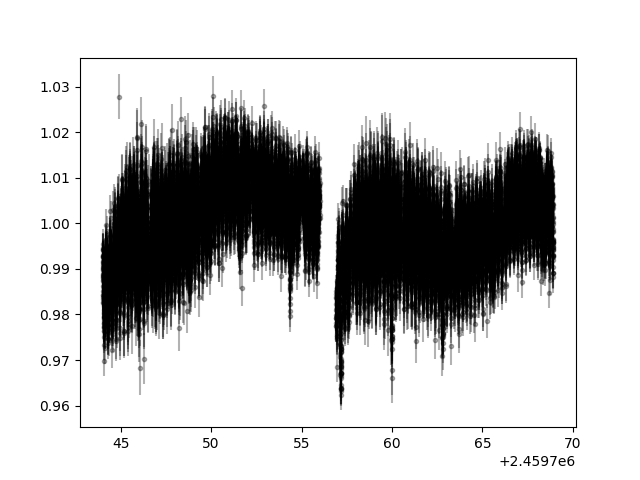
Repository: BoiseStatePlanetary/HAT-P-37-Transit-Timing-Analysis
Script's output: python code/tess_fitting.py
The author's editor kept a copy of each file at every save. The script's output is drawn from the files as they stood at one save, then again after the next save.
Random numbers start from a fixed seed.

Above is the script's output before, as saved 2025-04-04 17:52:19.

### code/tess_fitting.py
import numpy as np
import os
import scipy
import matplotlib.pyplot as plt

## HAT-P-37 b system parameters
# known_ref_mid["HAT-P-37b"] = 2457938.84392#±0.00016
# known_period["HAT-P-37b"] = 2.79744256#±0.00000041 Kokori

def read_data_file(file_name):
    phot_data = np.loadtxt(file_name, delimiter=",", skiprows=1)
    # correct time from BTJD to BJD
    tess_zero_time = 2457000.
    bjd_tdb = tess_zero_time + phot_data[:,0]
    return {"BJD_TDB" : bjd_tdb,
            "flux" : phot_data[:, 1],
            "error" : phot_data[:, 2]}

def plot_data(file_name):
    photdata = read_data_file(file_name)
    file_split = file_name.split("_")
    planet_name = file_split[-2]
    sector = file_split[-1]
    plt.errorbar(photdata["BJD_TDB"], photdata["flux"], yerr=photdata["error"], color='k', marker='.', ls='none', alpha=0.3,
                 label=f"{planet_name} {sector}")


if __name__ == "__main__":
    name_53 = "code/HAT-P-37b/TESS/folded_before_smoothing_HAT-P-37b_TESS-Sector-53.tsv"
    name_54 = "code/HAT-P-37b/TESS/folded_before_smoothing_HAT-P-37b_TESS-Sector-54.tsv"
    name_55 = "code/HAT-P-37b/TESS/folded_before_smoothing_HAT-P-37b_TESS-Sector-55.tsv"
    plot_data(name_53)
    plt.show()

Loaded but not shown: code/HAT-P-37b/TESS/folded_before_smoothing_HAT-P-37b_TESS-Sector-53.tsv (16691 lines, source omitted)

After the next save:
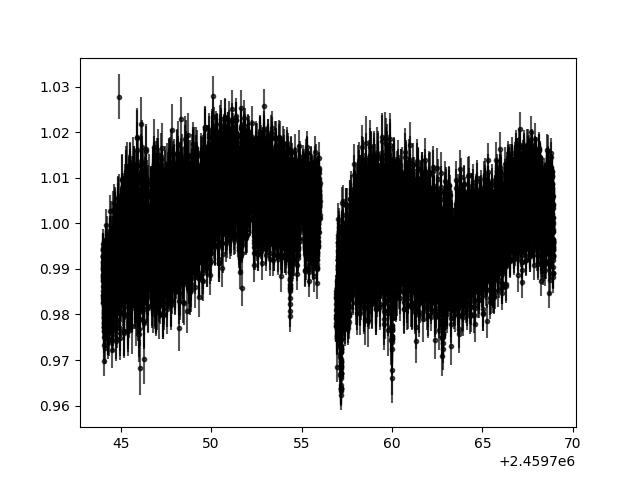
Saved 5 s later.
--- a/code/tess_fitting.py
+++ b/code/tess_fitting.py
@@ -30,4 +30,6 @@ if __name__ == "__main__":
     name_54 = "code/HAT-P-37b/TESS/folded_before_smoothing_HAT-P-37b_TESS-Sector-54.tsv"
     name_55 = "code/HAT-P-37b/TESS/folded_before_smoothing_HAT-P-37b_TESS-Sector-55.tsv"
     plot_data(name_53)
+    plot_data(name_53)
+    plot_data(name_53)
     plt.show()
